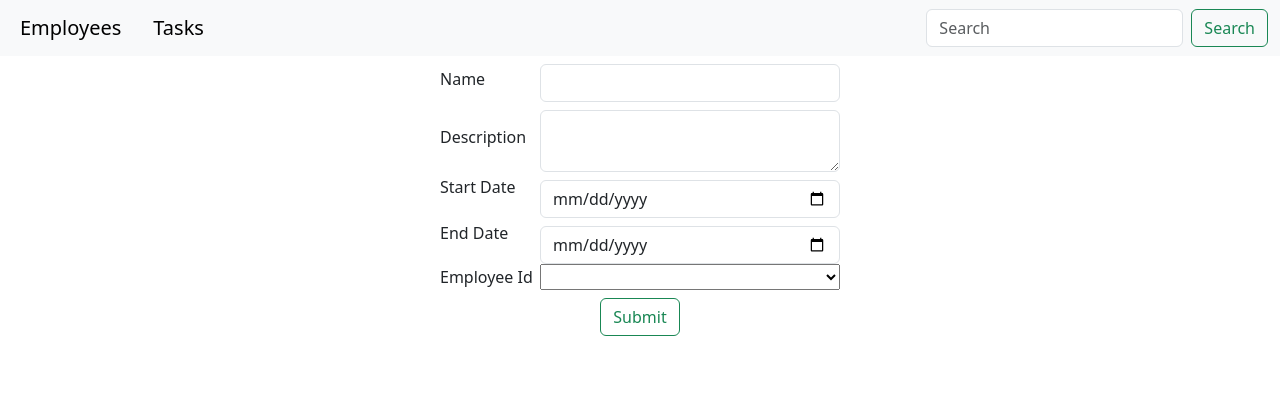
Repository: RaffiBarseghyan/employees
Page: /tasks
The author's editor kept a copy of each file at every save. The page is drawn from the files as they stood at one save, then again after the next save.
The browser window is 1280 px wide. The pictures show the whole page.
The project was rebuilt for these pictures with package versions that can differ from the ones it lists, and the page was loaded fresh each time. Some packages were replaced by stand-ins written for this rebuild. Also part of the build but not shown: src/App.css, src/Pages/Employees/employees.module.scss, src/Pages/UpDel/upDel.module.scss, src/Pages/UpDel/delete.jsx, src/Pages/Employees/employees.jsx, src/Pages/UpDel/update.jsx.

Above is the page before, as saved 2023-06-15 21:45:54.

After the next save:
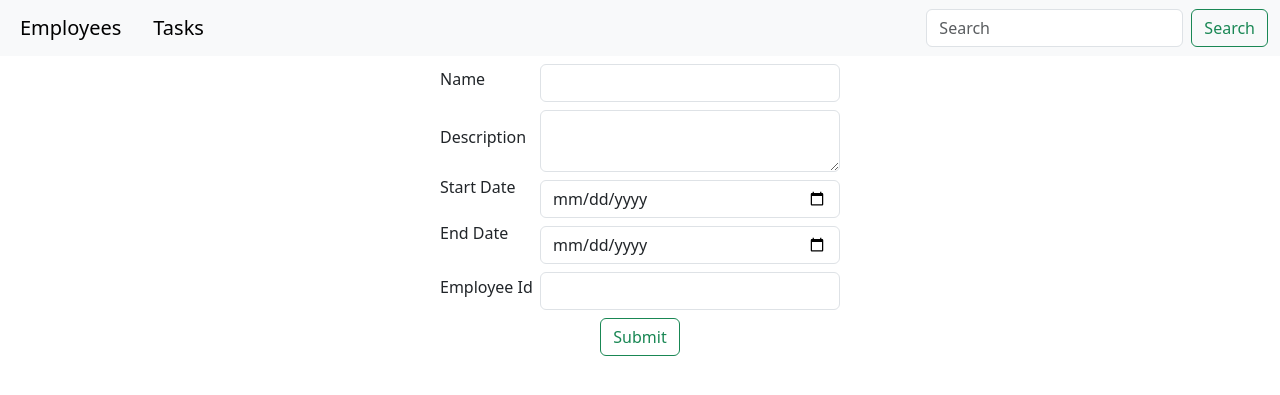
Saved 8 s later.
--- a/src/Pages/Tasks/tasks.jsx
+++ b/src/Pages/Tasks/tasks.jsx
@@ -51,7 +51,11 @@ function Tasks() {
         </label>
         <label htmlFor="employeeId">
           Employee Id
-          <select name="employeeId" id="employeeId"></select>
+          <select
+            name="employeeId"
+            id="employeeId"
+            className="form-control mt-2"
+          ></select>
         </label>
 
         <input
